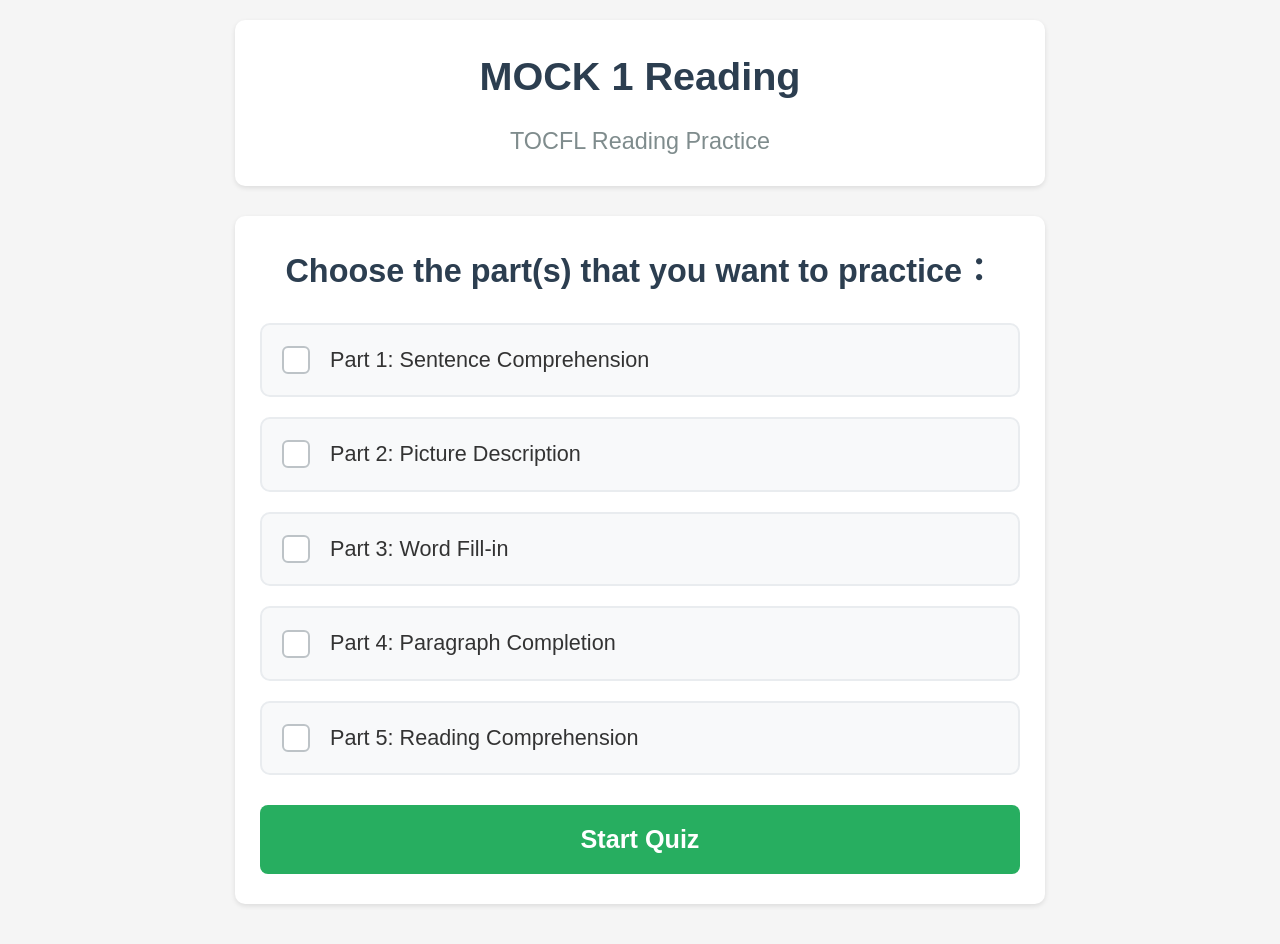
Repository: fangdongyzu/tocfl-mock1-listening
Page: index.html
The author's editor kept a copy of each file at every save. The page is drawn from the files as they stood at one save, then again after a run of saves.
The browser window is 1280 px wide. The pictures show the whole page.

Above is the page before, as saved 2025-12-26 01:15:06.
Not found: quizData.js
Not found: script.js

### index.html
<!DOCTYPE html>
<html lang="zh-TW">

<head>
  <meta charset="UTF-8">
  <meta name="viewport" content="width=device-width, initial-scale=1.0">
  <title>MOCK 1 Listening</title>
  <link rel="stylesheet" href="styles.css">
</head>

<body>
  <div class="container">
    <header>
      <h1>MOCK 1 Reading</h1>
      <p>TOCFL Reading Practice</p>
    </header>

    <div class="part-selection">
      <h2>Choose the part(s) that you want to practice：</h2>
      <div class="part-checkboxes">
        <label class="part-checkbox">
          <input type="checkbox" data-part="1">
          <span class="checkmark"></span>
          Part 1: Sentence Comprehension
        </label>
        <label class="part-checkbox">
          <input type="checkbox" data-part="2">
          <span class="checkmark"></span>
          Part 2: Picture Description
        </label>
        <label class="part-checkbox">
          <input type="checkbox" data-part="3">
          <span class="checkmark"></span>
          Part 3: Word Fill-in
        </label>
        <label class="part-checkbox">
          <input type="checkbox" data-part="4">
          <span class="checkmark"></span>
          Part 4: Paragraph Completion
        </label>
        <label class="part-checkbox">
          <input type="checkbox" data-part="5">
          <span class="checkmark"></span>
          Part 5: Reading Comprehension
        </label>
      </div>
      <button id="start-quiz-btn" class="start-btn">Start Quiz</button>
    </div>

    <div id="quiz-container" class="quiz-container hidden">
      <div class="quiz-header">
        <h2 id="part-title">Quiz in Progress</h2>
      </div>

      <div id="question-container">
        </div>

      <div class="navigation">
        <button id="prev-btn" class="nav-btn" style="display: none;">Previous Part</button>
        <button id="next-btn" class="nav-btn" style="display: none;">Next Part</button>
        <button id="submit-btn" class="submit-btn" style="display: none;">Submit Answers</button>
      </div>
    </div>

    <div id="results-container" class="results-container hidden">
      <h2 style="margin-bottom: 20px; color: #2c3e50;">Results</h2>

      <div class="score">
        <h3><span id="score">0</span> / <span id="total">0</span></h3>
        <p>Submitted: <span id="submit-time"></span></p>
      </div>

      <div class="result-actions">
        <button id="restart-btn" class="restart-btn">Retake Test</button>
        <a href="https://fangdongyzu.github.io/tocflmock/" class="home-btn">Go to Home Page</a>
      </div>

      <div class="filter-section">
        <button class="result-filter-btn active" data-filter="all">All</button>
        <button class="result-filter-btn" data-filter="correct">Correct</button>
        <button class="result-filter-btn" data-filter="wrong">Wrong</button>
        <button class="result-filter-btn" data-filter="unanswered">Unanswered</button>
      </div>

      <div id="results-details" class="results-details">
        </div>

      <div class="part-breakdown" id="part-breakdown"></div>
    </div>
  </div>

  <script src="quizData.js"></script>
  <script src="script.js"></script>
</body>

</html>

### styles.css
html {
    scroll-behavior: auto;
}
* {
    margin: 0;
    padding: 0;
    box-sizing: border-box;
}

body {
    font-family: 'Microsoft JhengHei', '微軟正黑體', Arial, sans-serif;
    line-height: 1.6;
    color: #333;
    background-color: #f5f5f5;
    font-size: 18px;
}

.container {
    max-width: 850px;
    margin: 0 auto;
    padding: 20px;
}

header {
    text-align: center;
    margin-bottom: 30px;
    background: white;
    padding: 25px 20px;
    border-radius: 10px;
    box-shadow: 0 2px 5px rgba(0,0,0,0.1);
}

header h1 {
    color: #2c3e50;
    margin-bottom: 15px;
    font-size: 2.2em;
}

header p {
    color: #7f8c8d;
    font-size: 1.3em;
}

/* Part Selection */
.part-selection {
    background: white;
    padding: 30px 25px;
    border-radius: 10px;
    box-shadow: 0 2px 5px rgba(0,0,0,0.1);
    margin-bottom: 20px;
}

.part-selection h2 {
    text-align: center;
    margin-bottom: 25px;
    color: #2c3e50;
    font-size: 1.8em;
}

.part-checkboxes {
    display: flex;
    flex-direction: column;
    gap: 20px;
    margin-bottom: 30px;
}

.part-checkbox {
    display: flex;
    align-items: center;
    padding: 18px 20px;
    background: #f8f9fa;
    border: 2px solid #e9ecef;
    border-radius: 10px;
    cursor: pointer;
    transition: all 0.3s;
    font-size: 1.2em;
    min-height: 70px;
}

.part-checkbox:hover {
    background: #e9ecef;
    border-color: #3498db;
}

.part-checkbox input[type="checkbox"] {
    display: none;
}

.checkmark {
    width: 28px;
    height: 28px;
    border: 2px solid #bdc3c7;
    border-radius: 6px;
    margin-right: 20px;
    position: relative;
    transition: all 0.3s;
    background: white;
}

.part-checkbox input[type="checkbox"]:checked + .checkmark {
    background: #3498db;
    border-color: #3498db;
}

.part-checkbox input[type="checkbox"]:checked + .checkmark::after {
    content: '✓';
    position: absolute;
    color: white;
    font-size: 18px;
    font-weight: bold;
    top: 50%;
    left: 50%;
    transform: translate(-50%, -50%);
}

.part-checkbox input[type="checkbox"]:checked ~ span:last-child {
    font-weight: bold;
    color: #2c3e50;
}

.start-btn {
    width: 100%;
    padding: 20px;
    background: #27ae60;
    color: white;
    border: none;
    border-radius: 8px;
    cursor: pointer;
    font-size: 1.4em;
    font-weight: bold;
    transition: background 0.3s;
    min-height: 60px;
}

.start-btn:hover {
    background: #229954;
}

.start-btn:disabled {
    background: #95a5a6;
    cursor: not-allowed;
}

.hidden {
    display: none;
}

/* Quiz Container */
.quiz-container {
    background: white;
    padding: 25px;
    border-radius: 10px;
    box-shadow: 0 2px 5px rgba(0,0,0,0.1);
}

.quiz-header {
    margin-bottom: 25px;
    padding-bottom: 20px;
    border-bottom: 2px solid #ecf0f1;
}

#part-title {
    color: #2c3e50;
    margin-bottom: 15px;
    font-size: 1.8em;
}

/* Question Layout */
.question-item {
    margin-bottom: 25px;
    padding: 25px;
    border: 1px solid #e1e8ed;
    border-radius: 10px;
    background: white;
    box-shadow: 0 1px 3px rgba(0,0,0,0.1);
}

.question-text {
    font-size: 1.3em;
    margin-bottom: 20px;
    font-weight: bold;
    color: #2c3e50;
    line-height: 1.6;
}

.question-image {
    text-align: center;
    margin: 15px 0;
    background: #f8f9fa;
    padding: 12px;
    border-radius: 8px;
    border: 1px solid #e9ecef;
}

.question-image img {
    width: 100%;
    max-width: 765px;
    height: 510px;
    object-fit: contain;
    background: white;
    border: 2px solid #bdc3c7;
    border-radius: 8px;
    display: block;
    margin: 0 auto;
    box-shadow: 0 2px 8px rgba(0,0,0,0.1);
}

/* Options Styling */
.options {
    display: grid;
    gap: 12px;
    margin-top: 20px;
}

.option {
    display: flex;
    align-items: center;
    padding: 18px 20px;
    background: white;
    border: 2px solid #bdc3c7;
    border-radius: 8px;
    cursor: pointer;
    transition: all 0.3s;
    min-height: 60px;
}

.option:hover {
    background: #ecf0f1;
    border-color: #3498db;
}

.option.selected {
    background: #3498db;
    color: white;
    border-color: #2980b9;
}

.option-letter {
    width: 32px;
    height: 32px;
    border: 2px solid #3498db;
    border-radius: 50%;
    display: flex;
    align-items: center;
    justify-content: center;
    margin-right: 15px;
    font-weight: bold;
    color: #3498db;
    background: white;
    transition: all 0.3s;
    font-size: 1.1em;
    flex-shrink: 0;
}

.option.selected .option-letter {
    background: white;
    color: #3498db;
}

.option-text {
    flex: 1;
    font-size: 1.2em;
}

/* Navigation */
.navigation {
    display: flex;
    justify-content: space-between;
    margin-top: 25px;
    padding-top: 20px;
    border-top: 2px solid #ecf0f1;
    gap: 15px;
}

.nav-btn, .submit-btn, .restart-btn, .home-btn {
    padding: 18px 25px;
    border: none;
    border-radius: 8px;
    cursor: pointer;
    font-size: 1.2em;
    transition: background 0.3s;
    min-width: 140px;
    min-height: 55px;
    text-align: center;
    text-decoration: none;
    display: inline-flex;
    align-items: center;
    justify-content: center;
    font-weight: bold;
}

.nav-btn {
    background: #3498db;
    color: white;
}

.nav-btn:hover {
    background: #2980b9;
}

/* --- CHANGED: Orange Buttons for Submit/Restart --- */
.submit-btn, .restart-btn {
    background: #f39c12; /* Light Orange */
    color: white;
}

.submit-btn:hover, .restart-btn:hover {
    background: #e67e22; /* Darker Orange Hover */
}

/* Results */
.results-container {
    background: white;
    padding: 30px 25px;
    border-radius: 10px;
    box-shadow: 0 2px 5px rgba(0,0,0,0.1);
}

.score {
    margin-bottom: 25px;
    padding: 25px;
    background: #ecf0f1;
    border-radius: 10px;
    text-align: center;
}

.score h3 {
    font-size: 2.2em;
    font-weight: bold;
    color: #27ae60;
    margin: 10px 0;
}

.score p {
    font-size: 1.2em;
    color: #7f8c8d;
}

/* Action Buttons */
.result-actions {
    display: flex;
    justify-content: center;
    gap: 20px;
    margin-top: 25px;
    margin-bottom: 25px;
}

.home-btn {
    background: #7f8c8d;
    color: white;
}

.home-btn:hover {
    background: #95a5a6;
}

/* --- CHANGED: Filter Buttons --- */
.filter-section {
    display: flex;
    justify-content: center;
    gap: 10px;
    margin-bottom: 30px;
    flex-wrap: wrap;
}

.result-filter-btn {
    padding: 10px 20px;
    border: none;
    border-radius: 5px;
    cursor: pointer;
    background: #ecf0f1;
    color: #2c3e50;
    font-weight: bold;
    font-size: 0.9em;
    transition: all 0.2s;
}

.result-filter-btn:hover {
    background: #bdc3c7;
}

.result-filter-btn.active {
    background: #3498db;
    color: white;
}

/* Result Items */
.results-details {
    text-align: left;
    margin-bottom: 25px;
}

.result-item {
    padding: 20px;
    margin: 15px 0;
    border-radius: 8px;
    border-left: 4px solid #bdc3c7;
    background: #f8f9fa;
}

.result-item.correct {
    background: #d5f4e6;
    border-left-color: #27ae60;
}

.result-item.incorrect {
    background: #fadbd8;
    border-left-color: #e74c3c;
}

.result-item.unanswered {
    background: #f4f6f6;
    border-left-color: #95a5a6;
}

.result-question {
    font-weight: bold;
    margin-bottom: 8px;
    font-size: 1.2em;
}

.result-answer {
    font-size: 1.1em;
    color: #7f8c8d;
}

.part-breakdown {
    margin-top: 30px;
    padding-top: 20px;
    border-top: 1px solid #eee;
}

.breakdown-item {
    margin: 10px 0;
    padding: 10px;
    background: #f8f9fa;
    border-radius: 5px;
}

/* Special Images & Reading Passage */
.context-container {
    background: white;
    padding: 25px;
    margin-bottom: 25px;
    border: 1px solid #e1e8ed;
    border-radius: 10px;
    box-shadow: 0 1px 3px rgba(0,0,0,0.1);
    text-align: center;
}

.context-container img {
    display: block;
    max-width: 100%;
    height: auto;
    margin: 0 auto;
    border-radius: 5px;
    border: 1px solid #e9ecef;
}

.reading-passage {
    font-size: 1.35em;
    line-height: 1.8;
    color: #2c3e50;
    font-weight: 500;
    text-align: justify;
    padding: 10px;
}

/* Responsive */
@media (max-width: 768px) {
    .result-actions {
        flex-direction: column;
    }

    .home-btn, .restart-btn {
        width: 100%;
    }

    body {
        font-size: 16px;
    }

    .container {
        padding: 15px;
        max-width: 100%;
    }

    .question-image img {
        height: 255px;
        max-height: 255px;
    }

    .navigation {
        flex-direction: column;
    }

    .nav-btn, .submit-btn, .restart-btn, .home-btn {
        width: 100%;
        margin-bottom: 10px;
    }
}

After the next 2 saves:
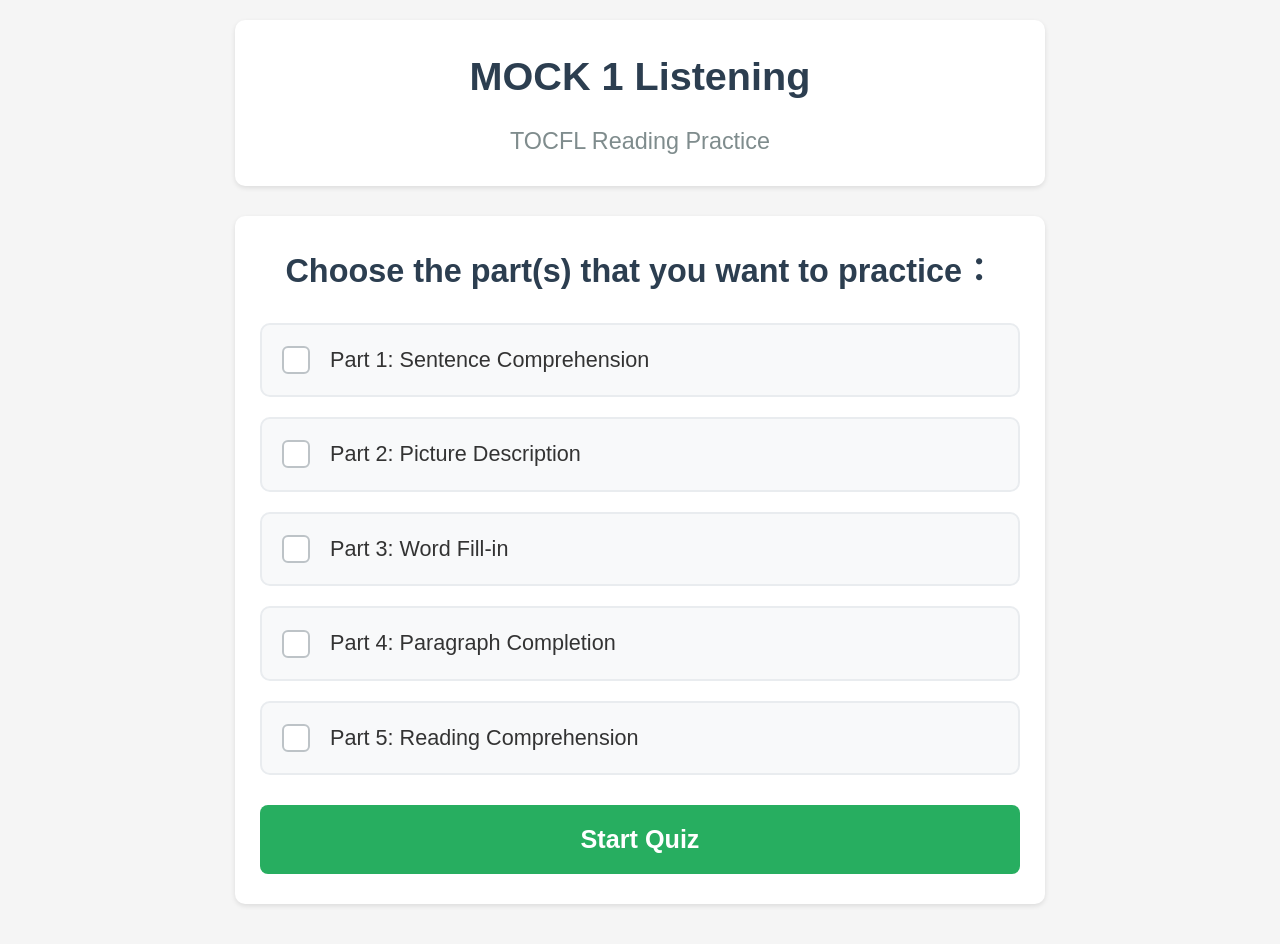
The 2 saves are shown as one change because they came seconds apart.
The last was saved 8 s later.
--- a/index.html
+++ b/index.html
@@ -11,7 +11,7 @@
 <body>
   <div class="container">
     <header>
-      <h1>MOCK 1 Reading</h1>
+      <h1>MOCK 1 Listening</h1>
       <p>TOCFL Reading Practice</p>
     </header>
 
